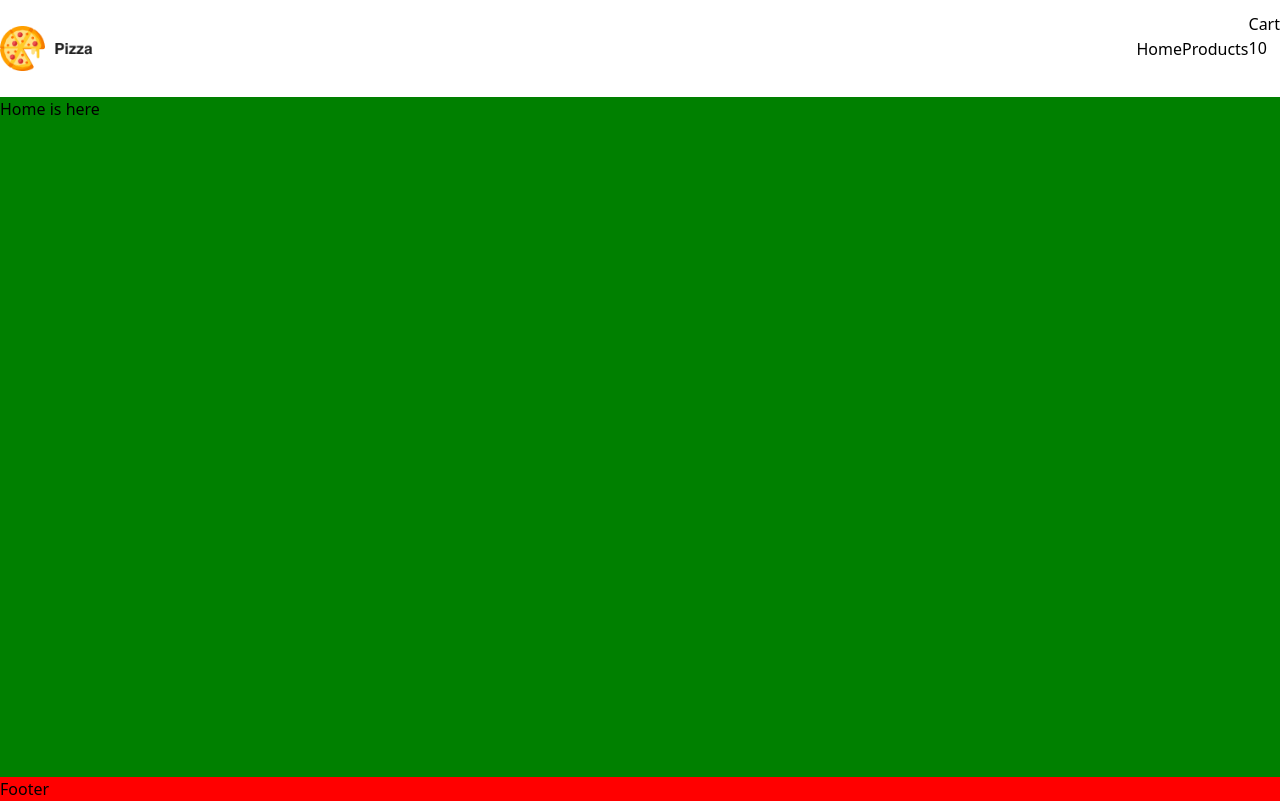
Repository: yuv-raj-25/pizza-youtube
Page: /
An editor plug-in stored every save of this project. The page is shown before and after a run of saves, followed by the edit.
The browser window is 1280 px wide. The pictures show the whole page.
Some web libraries are served in a nearby version. The project was rebuilt for these pictures with package versions that can differ from the ones it lists, and the page was loaded fresh each time. Also part of the build but not shown: src/pages/About.jsx.

Above is the page before, as saved 2023-08-16 19:38:05.

After the next 11 saves:
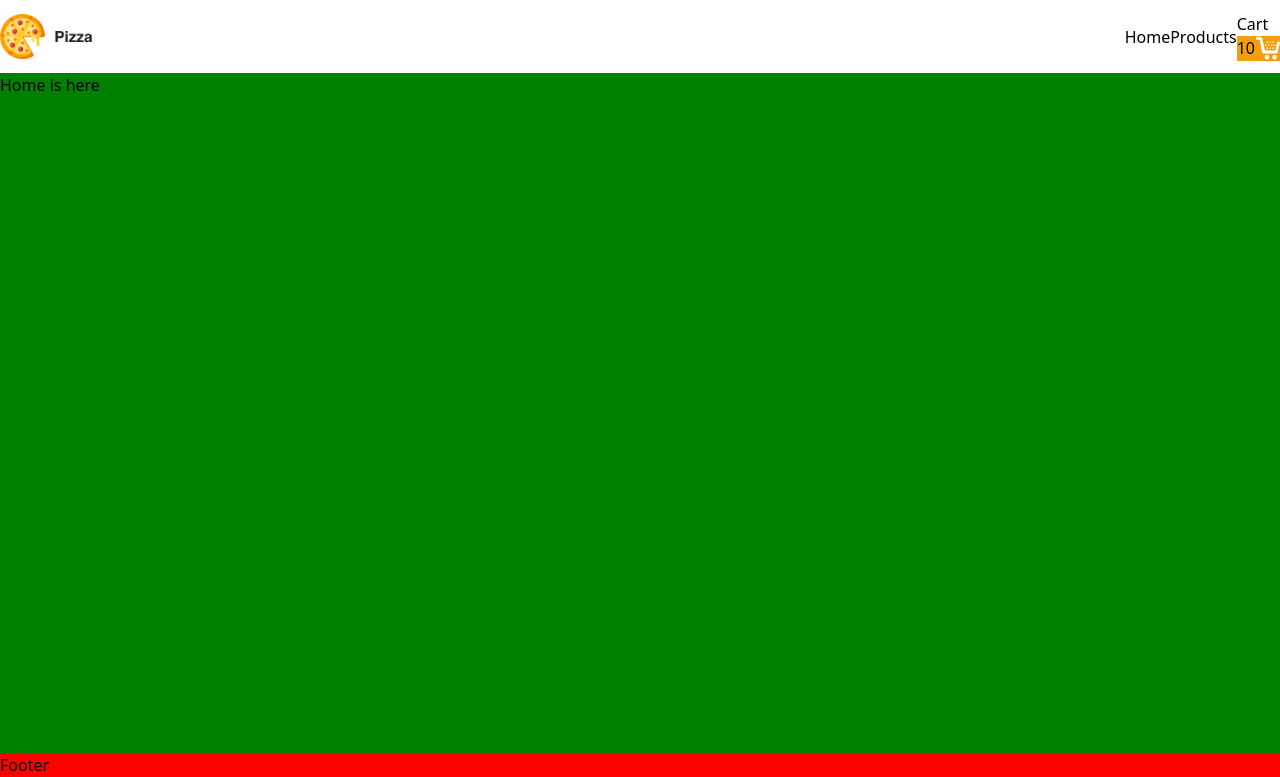
The 11 saves are shown as one change because they came seconds apart.
The last was saved 51 s later.
--- a/src/pages/Navbar.jsx
+++ b/src/pages/Navbar.jsx
@@ -21,7 +21,7 @@ const Navbar = () => {
             <li>
               <Link to = "/Cart">Cart</Link>
 
-              <div>
+              <div style={cartstyle}>
                 <span >10</span>
                 <img src="/images/cart.png" alt="cart-icon" />
               </div>
